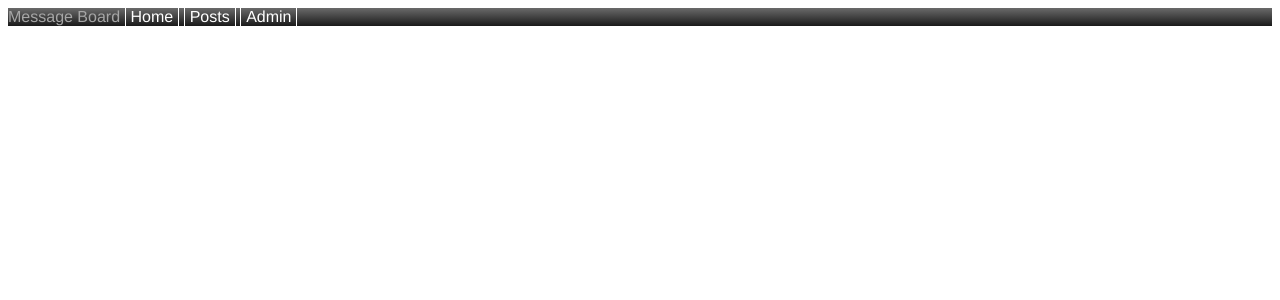
Repository: JesseFo/Whitespace
Page: whitespace/WebContent/WEB-INF/posts.html
The author's editor kept a copy of each file at every save. The page is drawn from the files as they stood at one save, then again after the next save.
The browser window is 1280 px wide. The pictures show the whole page.

Above is the page before, as saved 2015-10-15 06:55:01.

After the next save:
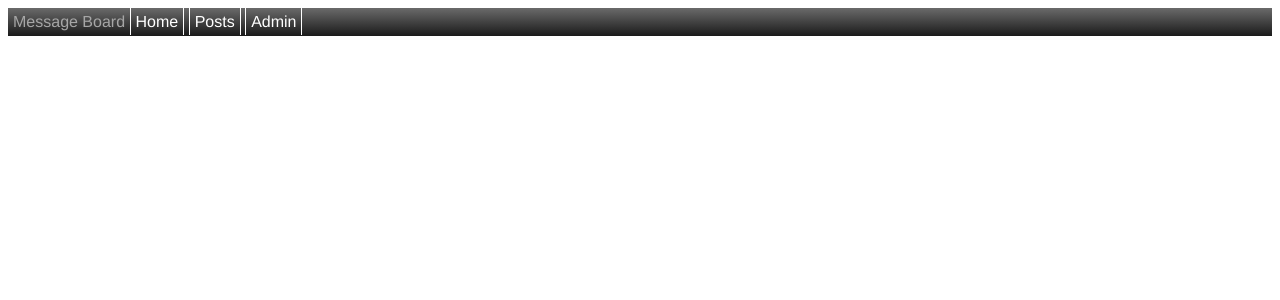
Saved 45 s later.
--- a/whitespace/WebContent/WEB-INF/main.css
+++ b/whitespace/WebContent/WEB-INF/main.css
@@ -12,6 +12,7 @@ nav
   background: -moz-linear-gradient(#6A6A6A, #1A1A1A); /* For Firefox 3.6 to 15 */
   background: linear-gradient(#6A6A6A, #1A1A1A); /* Standard syntax */
   color: #A6A6A6;
+  padding: 5px
 }
 
 nav > a
